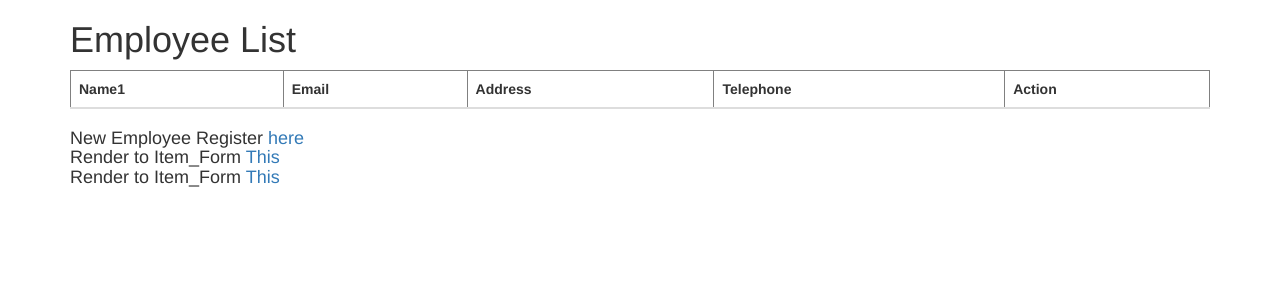
Repository: SACHINnANYAKKARA/2nd_Year_final_Project
Page: http://localhost/SpringMVCHibernateCRUD/WEB-INF/pages/home.jsp
These files come from the project's save history. The page is drawn as it stood at one moment and after the next save; the edit follows.
The browser window is 1280 px wide. The pictures show the whole page.
The page is served by Tomcat 9. Nobody is signed in. Other server files are loaded and not shown. The template is opened directly, without the code that normally fills it, so the values that code supplies are empty.

Above is the page before, as saved 2018-03-15 17:01:22.

### SpringMVCHibernateCRUD/src/main/webapp/WEB-INF/pages/home.jsp
<%@page contentType="text/html" pageEncoding="UTF-8"%>
<!DOCTYPE HTML PUBLIC "-//W3C//DTD HTML 4.01 Transitional//EN"
   "http://www.w3.org/TR/html4/loose.dtd">
<%@ taglib uri="http://java.sun.com/jsp/jstl/core" prefix="c" %>

<html>
<head>
<meta http-equiv="Content-Type" content="text/html; charset=UTF-8">
<meta charset="utf-8">
  <meta name="viewport" content="width=device-width, initial-scale=1">
  <link rel="stylesheet" href="https://maxcdn.bootstrapcdn.com/bootstrap/3.3.7/css/bootstrap.min.css">
  <script src="https://ajax.googleapis.com/ajax/libs/jquery/3.3.1/jquery.min.js"></script>
  <script src="https://maxcdn.bootstrapcdn.com/bootstrap/3.3.7/js/bootstrap.min.js"></script>
<title>Employee Management Screen</title>
</head>
<body>
	<div class="container">
		<h1>Employee List</h1>

		<table class="table" border="1">

        <thead>
          <tr>
			<th>Name1</th>
			<th>Email</th>
			<th>Address</th>
			<th>Telephone</th>
			<th>Action</th>
           </tr>
          </thead>

           <tbody>
			<c:forEach var="employee" items="${listEmployee}">
				<tr>

					<td>${employee.name}</td>
					<td>${employee.email}</td>
					<td>${employee.address}</td>
					<td>${employee.telephone}</td>
					<td><a href="editEmployee?id=${employee.id}">Edit</a>
						&nbsp;&nbsp;&nbsp;&nbsp; <a
						href="deleteEmployee?id=${employee.id}">Delete</a></td>

				</tr>
			</c:forEach>
             </tbody>
		</table>
		<h4>
			New Employee Register <a href="newEmployee">here</a>
			</br>
			Render to Item_Form <a href="newItem">This </a>
			</br>
			Render to Item_Form <a href="RenderItem">This </a>


		</h4>
	</div>
</body>
</html>

After the next save:
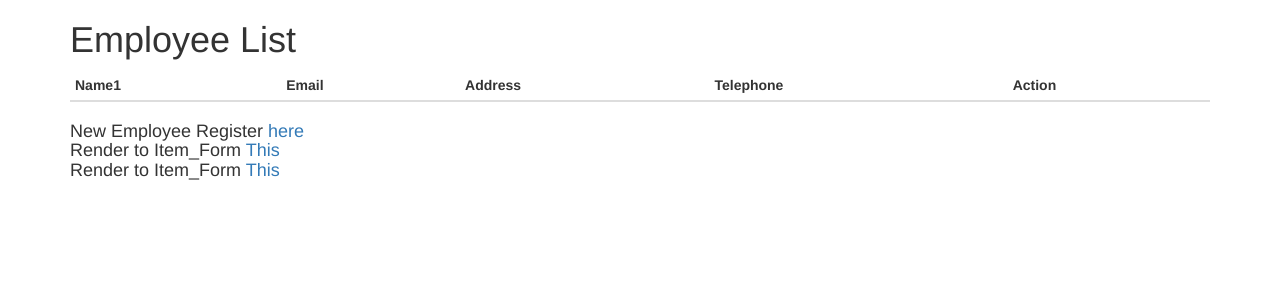
Saved 36 s later.
--- a/SpringMVCHibernateCRUD/src/main/webapp/WEB-INF/pages/home.jsp
+++ b/SpringMVCHibernateCRUD/src/main/webapp/WEB-INF/pages/home.jsp
@@ -17,9 +17,8 @@
 	<div class="container">
 		<h1>Employee List</h1>
 
-		<table class="table" border="1">
-
-        <thead>
+		 <table class="table table-condensed">
+    <thead>
           <tr>
 			<th>Name1</th>
 			<th>Email</th>
